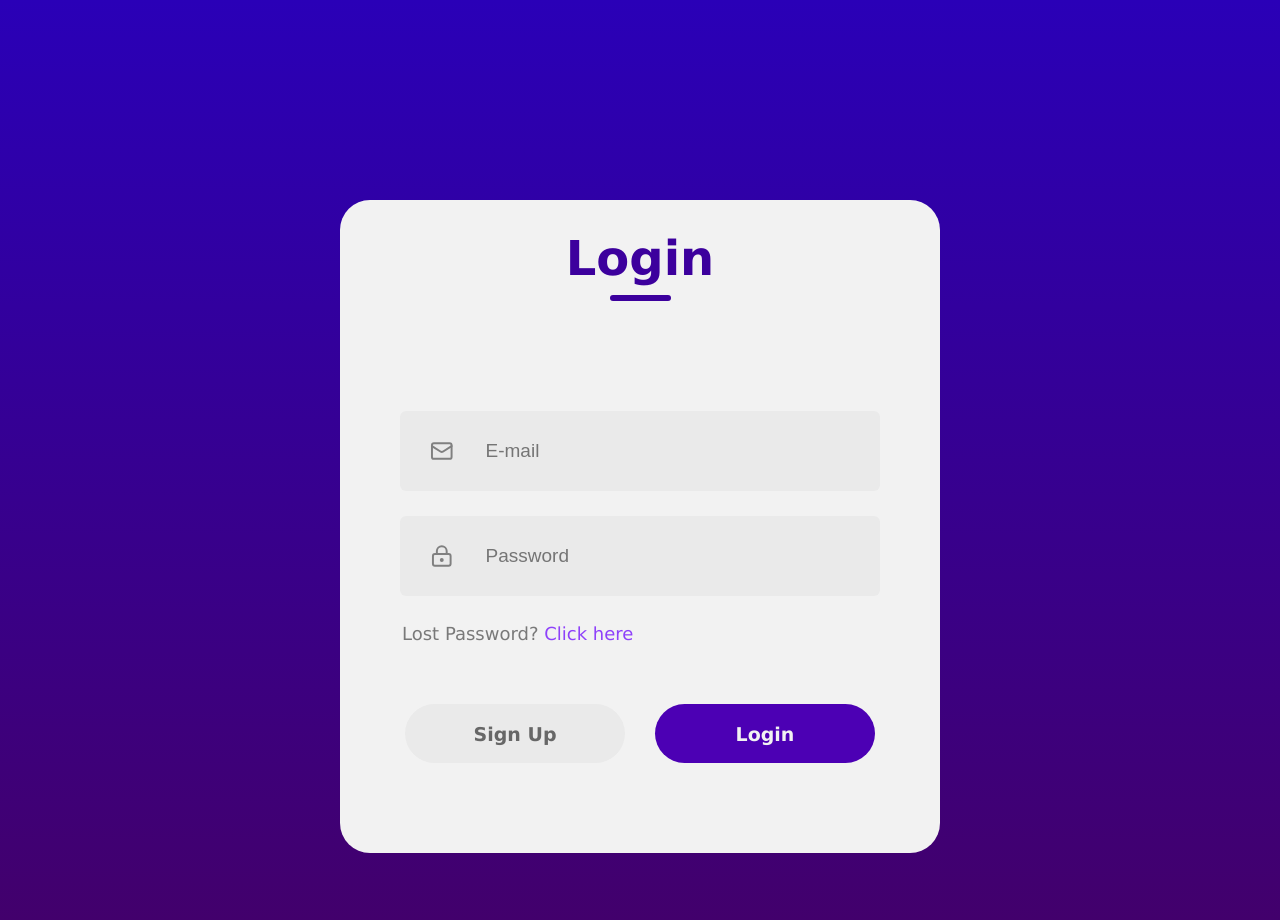
Repository: guilhermecardoso93/login-page
Page: /
The author's editor kept a copy of each file at every save. The page is drawn from the files as they stood at one save, then again after the next save.
The browser window is 1280 px wide. The pictures show the whole page.
The project was rebuilt for these pictures with package versions that can differ from the ones it lists, and the page was loaded fresh each time. Also part of the build but not shown: vite.config.js.

Above is the page before, as saved 2024-10-22 19:47:38.

After the next save:
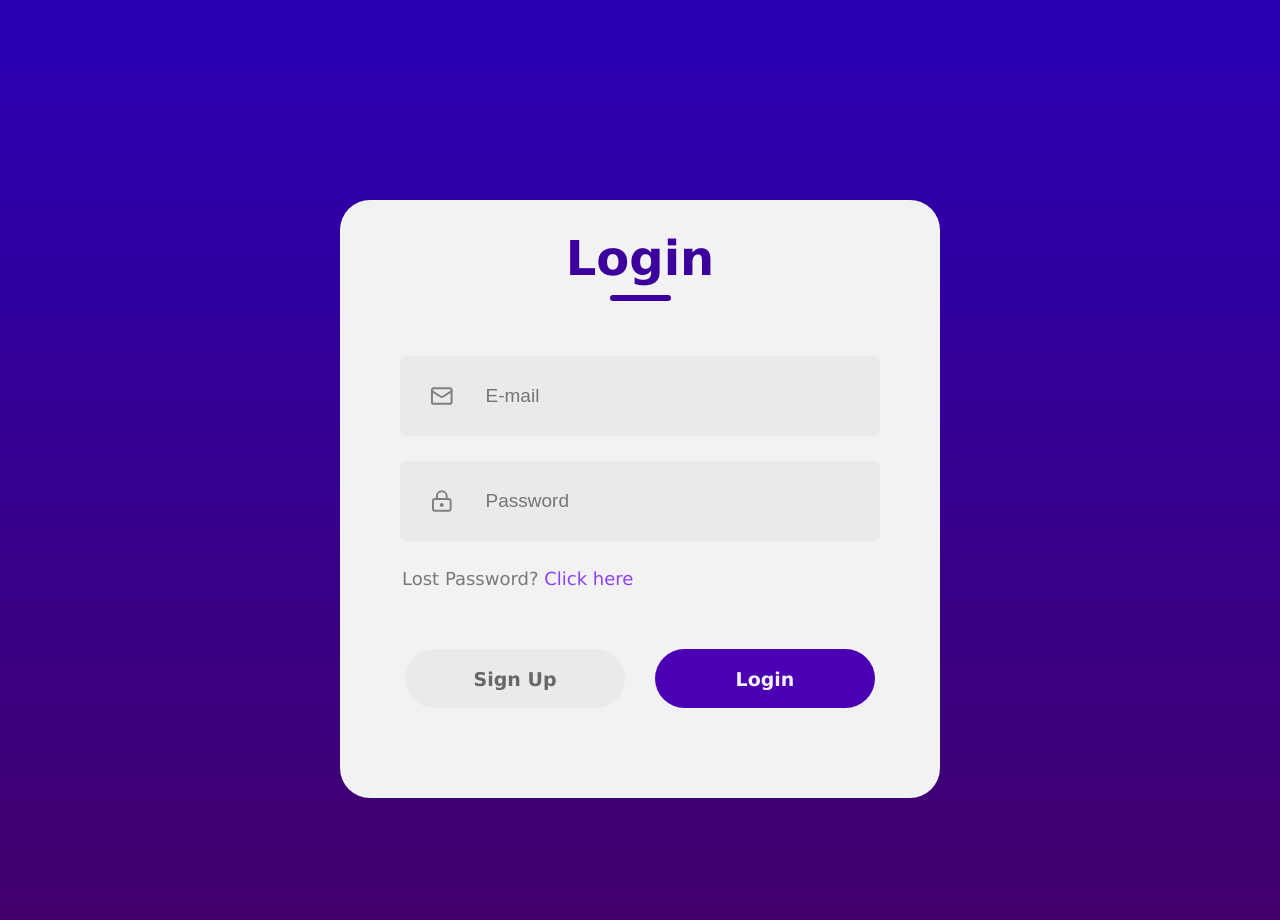
Saved 13 s later.
--- a/src/components/Login/Login.jsx
+++ b/src/components/Login/Login.jsx
@@ -11,7 +11,6 @@ export const Login = () => {
         <span>{action}</span>
         <div className="underline"></div>
       </header>{" "}
-      <div className="inputs">
         {action === "Login" ? (
           <div className="inputs">
             <div className="input">
@@ -42,7 +41,6 @@ export const Login = () => {
             </div>
           </div>
         )}
-      </div>
       <div className="forgot-password">
         Lost Password? <span>Click here</span>
       </div>
